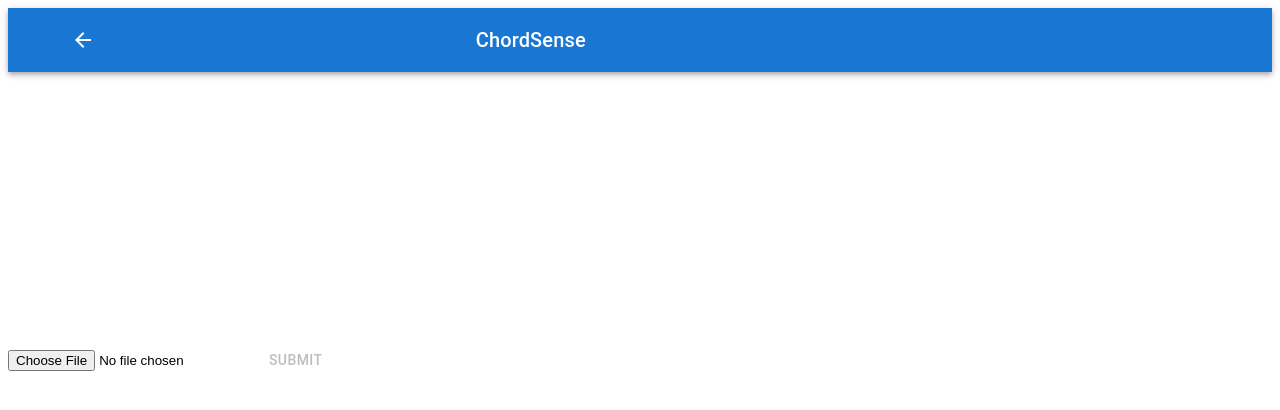
Repository: shamu332/ChordSense
Page: / (app in ui/)
An editor plug-in stored every save of this project. The page is shown before and after the next save, followed by the edit.
The browser window is 1280 px wide. The pictures show the whole page.
The project was rebuilt for these pictures with package versions that can differ from the ones it lists, and the page was loaded fresh each time. Also part of the build but not shown: ui/src/pages/Results.js.

Above is the page before, as saved 2023-03-11 15:44:01.

### ui/src/index.js

import React from "react";
import ReactDOM from "react-dom";
import { BrowserRouter as Router, Routes, Route } from "react-router-dom";
import Results from "./pages/Results";
import Landing from "./pages/Landing";

ReactDOM.render(
  <>
    <Router>
      <Routes>
        <Route path="/" element={<Landing />} />
        <Route path="/results" element={<Results />} />
      </Routes>
    </Router>
  </>,
  document.getElementById("root")
);

### ui/src/pages/Landing.js
import React, { useState, ChangeEvent } from "react";
import Header from "../Header";
import CircularProgress from "@mui/material/CircularProgress";
import UploadFileIcon from '@mui/icons-material/UploadFile';
import Button from '@mui/material/Button';
import { useNavigate } from "react-router-dom";

function Scanner() {
  const [loader, setLoader] = useState(false);
  const [selectedFile, setSelectedFile] = useState();
  const [isFilePicked, setIsFilePicked] = useState(false);
  let navigate = useNavigate();

  function toggleLoader() {
    setLoader(!loader);
  }


const changeHandler = (event) => {
	setSelectedFile(event.target.files[0]);
	setIsFilePicked(true);
};



  return (
    <>
      <Header />
      <div
        style={{
          display: "flex",
          alignItems: "flex-end",
          height: "30vh",
        }}
      >
      </div>
      {loader ? (
        <div
          style={{
            display: "flex",
            justifyContent: "center",
            alignItems: "center",
            height: "30vh",
          }}
        >
          <CircularProgress />
        </div>
      ) : (
        <>
          <div
            style={{
              display: "flex",
              alignItems: "center",
              height:"20vh",
            }}
          >
            <input type="file" name="file" onChange={changeHandler} />

                {isFilePicked ? (
                    <>
                    <div>
                        <p>Filename: {selectedFile.name}</p>
                        <p>Filetype: {selectedFile.type}</p>
                        <p>Size in bytes: {selectedFile.size}</p>
                    </div>
                    <div
                    style={{
                      display: "flex",
                    }}
                  >
                    <Button
                      onClick={toggleLoader}
                      variant="contained"
                    >
                      Submit
                    </Button>
                  </div>
                  </>
                ) : (
                    <div
            style={{
              display: "flex",
            }}
          >
            <Button
              disabled
            >
              Submit
            </Button>
          </div>
                )}
          </div>
        </>
      )}
    </>
  );
}

export default Scanner;

### ui/src/Header.js
import * as React from "react";
import AppBar from "@mui/material/AppBar";
import Box from "@mui/material/Box";
import Toolbar from "@mui/material/Toolbar";
import Typography from "@mui/material/Typography";
import IconButton from "@mui/material/IconButton";
import ArrowBackIcon from "@mui/icons-material/ArrowBack";
import { useNavigate } from "react-router-dom";

export default function Header() {
  const navigate = useNavigate();
  return (
    <Box sx={{ flexGrow: 1 }}>
      <AppBar position="static">
        <Toolbar>
          <IconButton
            size="large"
            edge="start"
            color="inherit"
            aria-label="menu"
            sx={{ mr: 2 }}
          ></IconButton>
          <ArrowBackIcon
            onClick={() => navigate(-1)}
            sx={{ position: "absolute", left: "5%" }}
          />
          <Typography
            variant="h6"
            component="div"
            sx={{ flexGrow: 1, position: "absolute", left: "37%" }}
          >
            ChordSense
          </Typography>
        </Toolbar>
      </AppBar>
    </Box>
  );
}

Loaded but not shown: ui/public/index.html (common file)

After the next save:
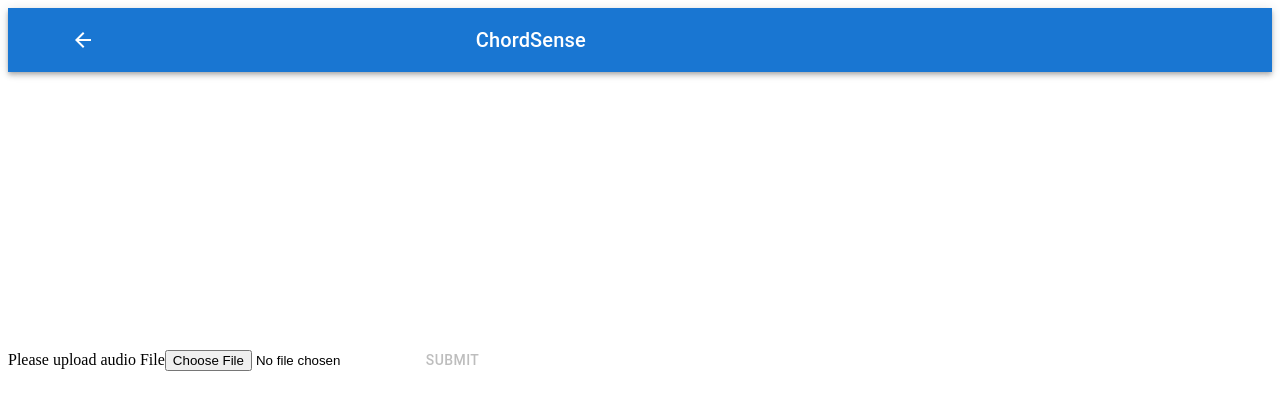
Saved 73 s later.
--- a/ui/src/pages/Landing.js
+++ b/ui/src/pages/Landing.js
@@ -54,8 +54,14 @@ const changeHandler = (event) => {
               height:"20vh",
             }}
           >
+            <div style={{
+              display: "flex",
+              alignItems: "center",
+              height:"20vh",
+            }}>
+                Please upload audio File
+            </div>
             <input type="file" name="file" onChange={changeHandler} />
-
                 {isFilePicked ? (
                     <>
                     <div>
